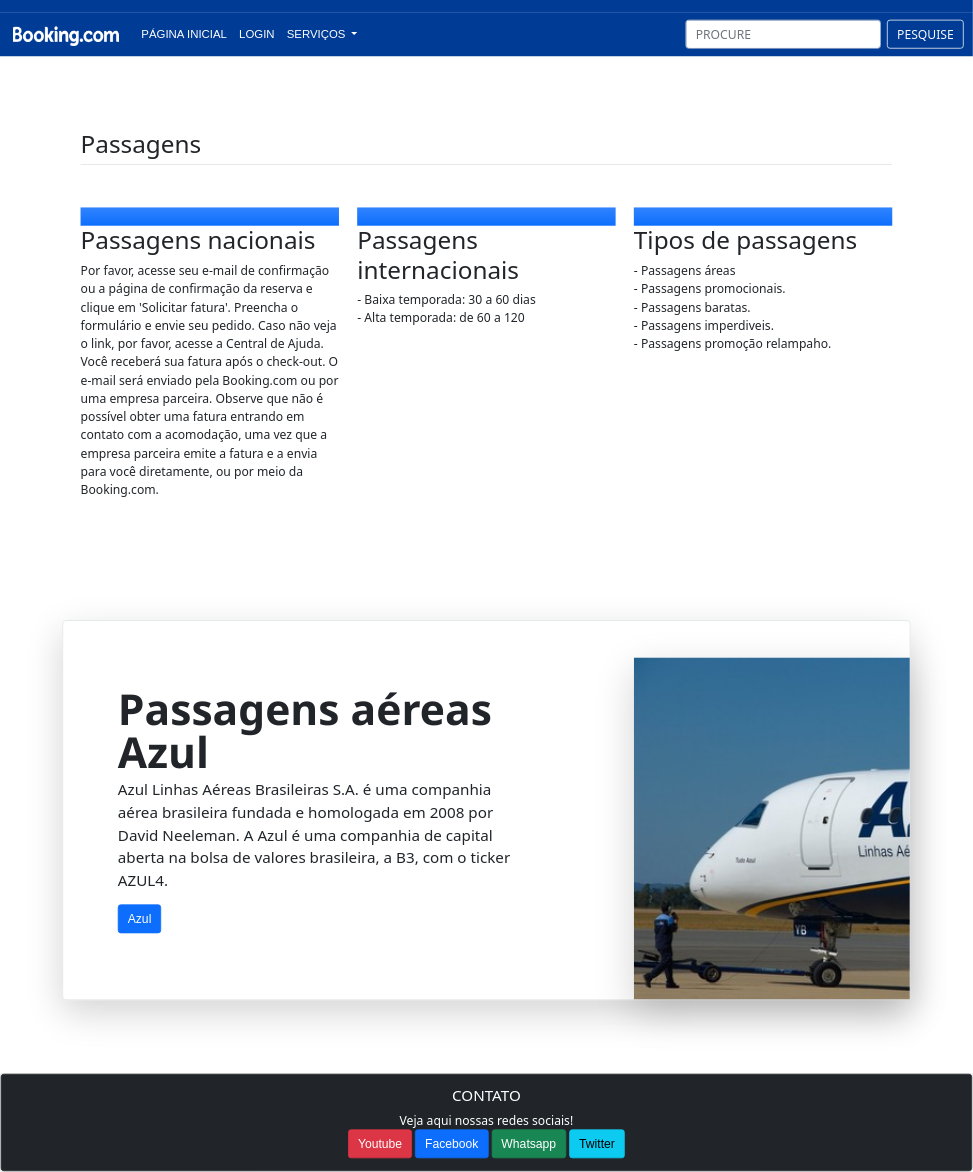
Repository: AnaLuizaDias/INB0243-
Page: faq.html
An editor plug-in stored every save of this project. The page is shown before and after the next save, followed by the edit.
The browser window is 1280 px wide. The pictures show the whole page, at 76% of full size.

Above is the page before, as saved 2023-10-25 16:17:52.

After the next save:
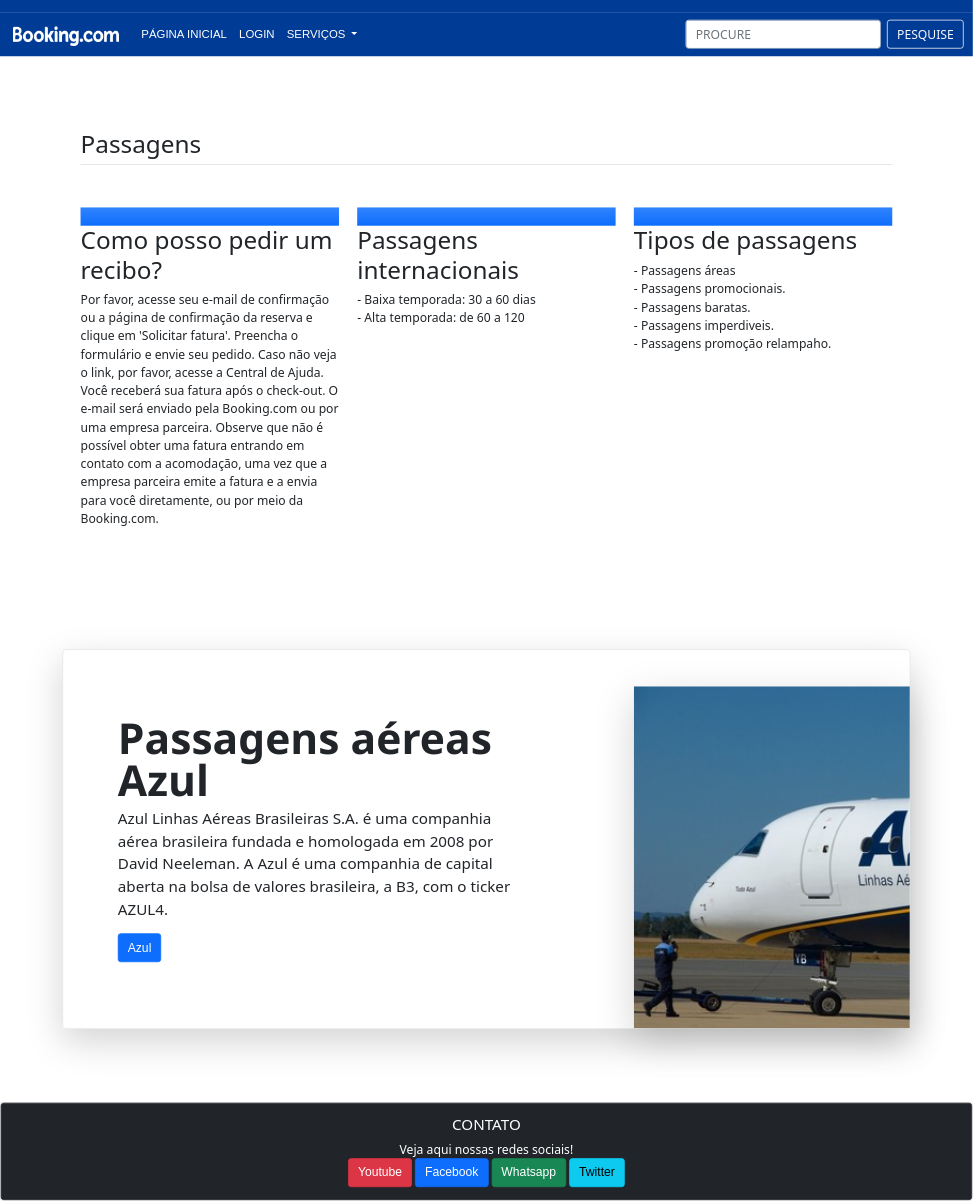
Saved 13 s later.
--- a/faq.html
+++ b/faq.html
@@ -75,7 +75,7 @@
           <div class="feature-icon bg-primary bg-gradient">
             <svg class="bi" width="1em" height="1em"><use xlink:href="#collection"/></svg>
           </div>
-          <h2>Passagens nacionais</h2>
+          <h2>Como posso pedir um recibo?</h2>
           <p> Por favor, acesse seu e-mail de confirmação ou a página de confirmação da reserva e clique em 'Solicitar fatura'. Preencha o formulário e envie seu pedido. Caso não veja o link, por favor, acesse a Central de Ajuda.
 
             Você receberá sua fatura após o check-out. O e-mail será enviado pela Booking.com ou por uma empresa parceira.
